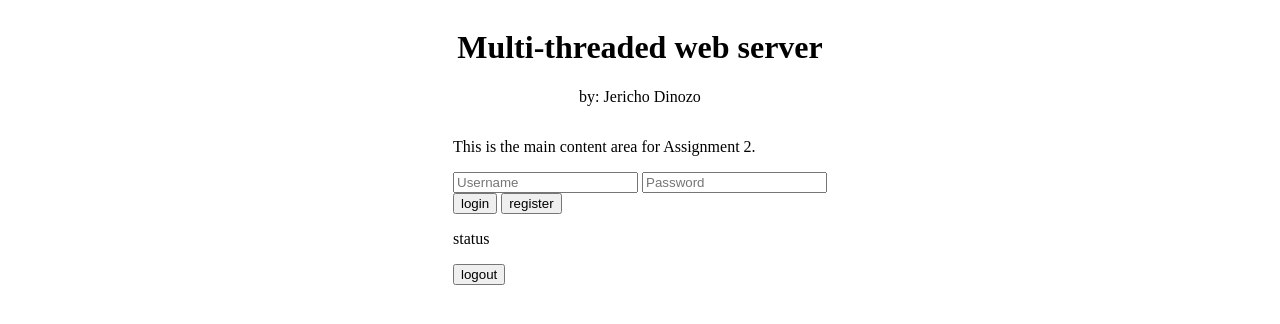
Repository: jerichodinozo/Multi-Threaded-Web-Server-Chat-Room
Page: static/index.html
These files come from the project's save history. The page is drawn as it stood at one moment and after the next save; the edit follows.
The browser window is 1280 px wide. The pictures show the whole page.
The page's requests for data from a server got no answer.

Above is the page before, as saved 2025-11-10 11:12:50.

### static/index.html
<!DOCTYPE html>
<html lang="en">
<head>
    <meta charset="UTF-8">
    <meta name="viewport" content="width=device-width, initial-scale=1.0">
    <title>COMP 3010 Assignment 2</title>
    <link rel="stylesheet" href="/static/styles.css">
</head>
<body style="display: flex;
            flex-direction: column;
            align-items: center;">
    <header style="text-align: center;">
        <h1>Multi-threaded web server</h1>
        <p>by: Jericho Dinozo</p>
    </header>
    <main>
        <p>This is the main content area for Assignment 2.</p>
        <div id="credentials-input">
            <input type="text" id="username" name="username" placeholder="Username">
            <input type="text" id="password" name="password" placeholder="Password">
        </div>
        <div id="credentials-buttons">
            <button type="button" id="login-button">login</button>
            <button type="button" id="register-button">register</button>
        </div>
        <div id="message-section">
            <div id="messages" style="max-width: 600px;
                                        max-height: 700px;
                                        overflow-x:auto;
                                        overflow-y:scroll;">

            </div>
            <button type="button" id="message-button">message</button>
            <input type="text" id="msg-field" placeholder="Type message here...">
        </div>
        </div>
        <p id="status">status</p>
        <button type="button" id="logout-button">logout</button>
    </main>
</body>
<script src="script.js"></script>
</html>

### static/styles.css
body {
    display: flex;
    flex-direction: column;
    align-items: center;
}

header {
    text-align: center;
}

#messages {
    max-width: 600px;
    overflow-x:auto;
    overflow-y:scroll;
}

### static/script.js
//script.js

const login_button = document.getElementById('login-button');
const register_button = document.getElementById("register-button")
const status_text = document.getElementById("status");
const logout_button = document.getElementById("logout-button")
const message_field = document.getElementById("msg-field")
const message_button = document.getElementById('message-button');

const message_section = document.getElementById("message-section");
message_section.style.display = "none";
logout_button.s

const credentials_inputs = document.getElementById("credentials-input");
const credentials_buttons = document.getElementById("credentials-buttons");

function showMessages() {
    //document.getElementById("username").style.display = "none";
    //document.getElementById("password").style.display = "none";
    message_section.style.display = "block";
    //login_button.style.display = "none";
    //register_button.style.display = "none";
    credentials_buttons.style.display = "none"
    credentials_inputs.style.display = "none;"
}

function showLogin() {
    //document.getElementById("username").style.display = "block";
    //document.getElementById("password").style.display = "block";
    //login_button.style.display = "block";
    //register_button.style.display = "block";
    //document.getElementById("message-section").style.display = "none";
    credentials_buttons.style.display = "block";
    credentials_inputs.style.display = "block";
    message_section.style.display = "none"
}

//Login and Register Logic ----------------------------

//login button listener
login_button.addEventListener('click', function() {
    const username = document.getElementById("username").value
    const password = document.getElementById("password").value
    body = {
        username: username,
        password: password

    };
    response = send_response("POST", "/api/login", {username, password})
    status_text.textContent = response.responseText;
    if(response.status == 200) {
        showMessages();
    }

});

//register button listener
register_button.addEventListener('click', function() {
    const username = document.getElementById("username").value
    const password = document.getElementById("password").value
    body = {
        username: username,
        password: password

    };
    response = send_response("CREATE", "/api/login", {username, password})
    status_text.textContent = response.responseText;
})

//----------------------------------

logout_button.addEventListener('click', function() {
    const xhr = new XMLHttpRequest();
    xhr.open("DELETE", "/api/login", true);
    xhr.withCredentials = true;
    xhr.onload = function() {
        status_text.textContent = xhr.responseText;
        if (xhr.status === 200) {
            // Optionally reset the UI
            document.getElementById("username").value = "";
            document.getElementById("password").value = "";
            showLogin();
        }
    };
    xhr.send();
});

window.addEventListener("load", function () {
    const xhr = new XMLHttpRequest();
    xhr.open("GET", "/api/session", true);
    xhr.withCredentials = true;  // important so cookies are sent
    xhr.onload = function() {
        if (xhr.status === 200) {
            status_text.textContent = xhr.responseText;
        } else {
            status_text.textContent = "Please log in.";
        }
    };
    xhr.send();
});

//message logic
message_button.addEventListener("click", function() {
    const msg_text = message_field.value;
    if (!msg_text) return;
    const xhr = new XMLHttpRequest();
    xhr.open("POST", "/api/messages", true)
    xhr.withCredentials = true;
    xhr.setRequestHeader("Content-Type", "application/json")
    xhr.onload = function() {
        if(xhr.status === 200) {
            message_field.value = "";

        } else {
            alert("Must be logged in")
        }
    };
    xhr.send(JSON.stringify({message: msg_text}))
});

//get messages
function getMessages() {
    const xhr = new XMLHttpRequest();
    xhr.open("GET", "/api/messages", true);
    xhr.withCredentials = true;
    xhr.onload = function() {
        if(xhr.status === 200) {
            const data = JSON.parse(xhr.responseText)
            displayMessages(data)
        }
    }
    xhr.send();
}

setInterval(getMessages, 3000);

//display messages
function displayMessages(messages) {
    const msg_div = document.getElementById("messages")
    msg_div.innerHTML = "";
    for(let i = 0; i < messages.length; i++) {
        const msg = messages[i]
        const div = document.createElement("div");
        div.textContent = `${msg.author}: ${msg.message}`;
        msg_div.appendChild(div)
    }
}

/*
    Function: send_response()
    params: method, path, body

    description:
        This function sends a response using XHR to the server.
        This function has parameters:
            method - method of the request
            path - path of the request
            body - body of the request
        All of these parameters are used to form an HTTP response to the server.
*/
function send_response(method, path, body) {
    const xmlhttp = new XMLHttpRequest();
    xmlhttp.open(method, path, false)
    xmlhttp.withCredentials = true;
    xmlhttp.setRequestHeader('Content-Type', 'application/json');
    xmlhttp.send(JSON.stringify(body))
    //return xmlhttp.responseText;
    return xmlhttp;
}

After the next save:
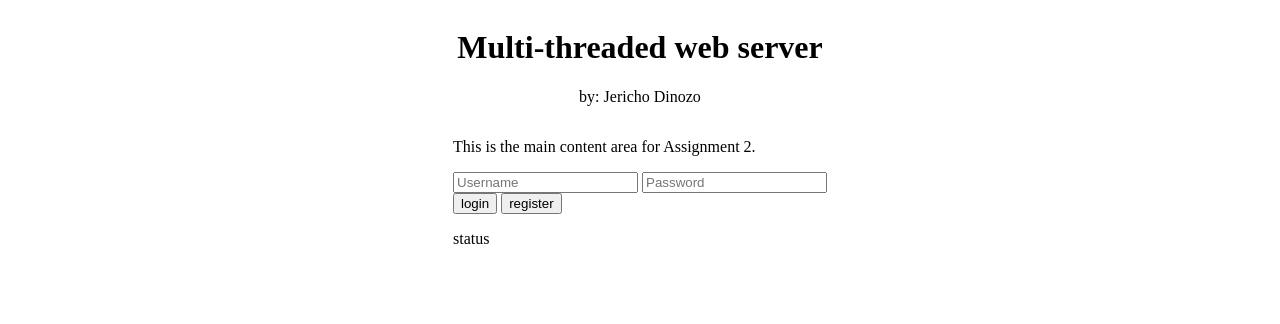
Saved 7 s later.
--- a/static/script.js
+++ b/static/script.js
@@ -9,7 +9,7 @@ const message_button = document.getElementById('message-button');
 
 const message_section = document.getElementById("message-section");
 message_section.style.display = "none";
-logout_button.s
+logout_button.style.display = "none";
 
 const credentials_inputs = document.getElementById("credentials-input");
 const credentials_buttons = document.getElementById("credentials-buttons");
